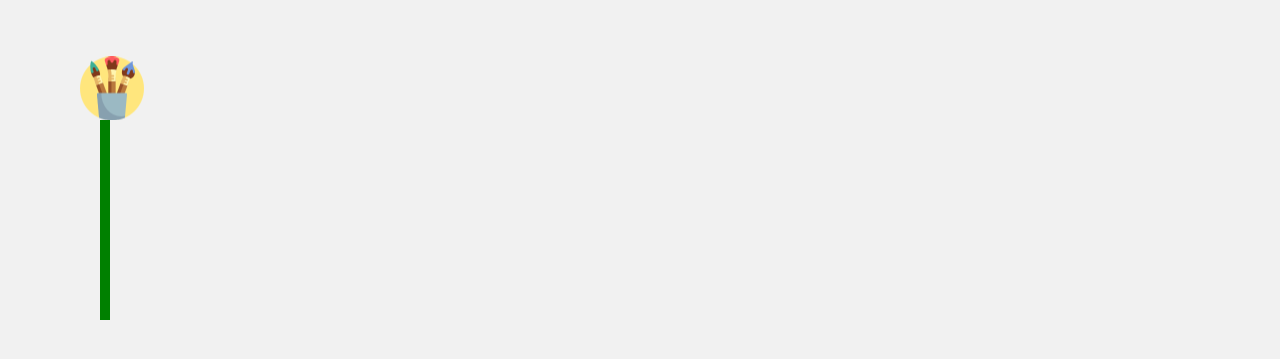
Repository: Littikrai/getF
Page: main.html
An editor plug-in stored every save of this project. The page is shown before and after the next save, followed by the edit.
The browser window is 1280 px wide. The pictures show the whole page.

Above is the page before, as saved 2019-03-13 01:42:39.

### main.html
<!DOCTYPE html>
<html>
<head>
    <meta charset="utf-8">
    <meta http-equiv="X-UA-Compatible" content="IE=edge">
    <title>Page Title</title>
    <meta name="viewport" content="width=device-width, initial-scale=1">
    <link rel="stylesheet" type="text/css" media="screen" href="main.css">
    <script src="main.js">

    </script>
</head>
<body onload="startGame()">
</body>
</html>

### main.css
button{
    display: block;
    margin:0 auto;
    justify-content: center;
}
html, body {
    width:  100%;
    height: 100%;
    margin: 0;
  }
  canvas {
    background-color: #f1f1f1;
    position:absolute;
    left:0px;
    top:0px;
}

### main.js
var myGamePiece;
var myObstacle;
var nisit;

var precentOfHeight = window.innerHeight;
var precentOfWidth = window.innerWidth;
function startGame() {
    nisit = new component(precentOfWidth*0.2, precentOfWidth*0.2, "red", 50, precentOfHeight)
    myGamePiece = new component((precentOfWidth*0.05), (precentOfWidth*0.05), "img/brush.png", 80, 0, "image");
    myObstacle  = new component(10, 200, "green", 100, 120);
    myGameArea.start();
}

var myGameArea = {
    canvas : document.createElement("canvas"),
    start : function() {
        this.canvas.width = window.innerWidth;
        this.canvas.height =  window.innerHeight;
        this.context = this.canvas.getContext("2d");
        document.body.insertBefore(this.canvas, document.body.childNodes[0]);
        this.interval = setInterval(updateGameArea, 20);
    },
    stop : function() {
        clearInterval(this.interval);
    },
    clear : function() {
        this.context.clearRect(0, 0, this.canvas.width, this.canvas.height);
    }
}

function component(width, height, color, x, y, type) {
    this.type = type;
    if (type == "image") {
        this.image = new Image();
        this.image.src = color;
    }
    this.width = width;
    this.height = height;
    this.x = x;
    this.y = y;
    this.speedX = 0;
    this.speedY = 0;
    this.gravity = 0.05;
    this.gravitySpeed = 0;
    this.update = function() {
        ctx = myGameArea.context;
        if (type == "image") {
            ctx.drawImage(this.image,
                this.x,
                this.y,
                this.width, this.height);
        } else {
            ctx.fillStyle = color;
            ctx.fillRect(this.x, this.y, this.width, this.height);
        }
    }
    this.crashWith = function(otherobj) {
        var myleft = this.x;
        var myright = this.x + (this.width);
        var mytop = this.y;
        var mybottom = this.y + (this.height);
        var otherleft = otherobj.x;
        var otherright = otherobj.x + (otherobj.width);
        var othertop = otherobj.y;
        var otherbottom = otherobj.y + (otherobj.height);
        var crash = true;
        if ((mybottom < othertop) || (mytop > otherbottom) || (myright < otherleft) || (myleft > otherright)) {
            crash = false;
        }
        return crash;
    }
    this.newPos = function() {
        this.gravitySpeed += this.gravity;
        this.x += this.speedX;
        this.y += this.speedY + this.gravitySpeed;
    }

}




function updateGameArea() {
    if (myGamePiece.crashWith(myObstacle)) {
        myGameArea.stop();
    } else {
        myGameArea.clear();
        nisit.update();
        myObstacle.update();
        myGamePiece.newPos();
        myGamePiece.update();

    }
        // myGameArea.clear();
        // myGamePiece.update();
        // myObstacle.update();
}

After the next save:
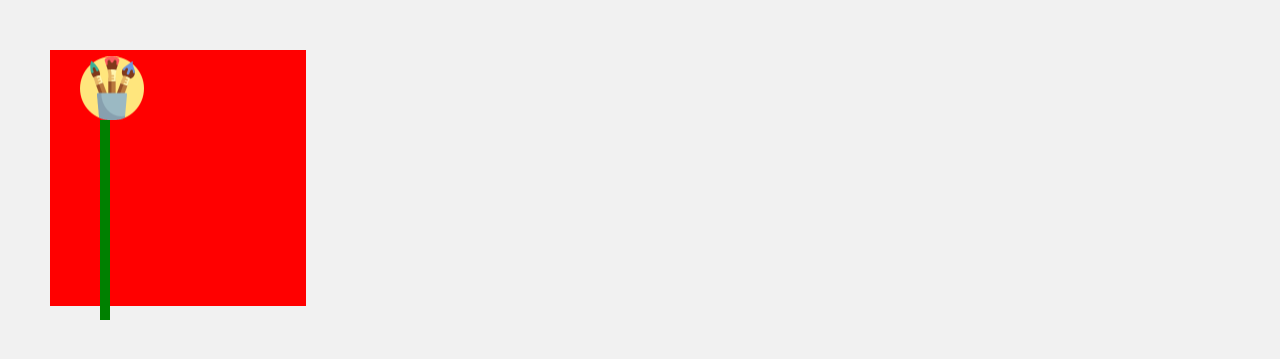
Saved 6 s later.
--- a/main.js
+++ b/main.js
@@ -5,7 +5,7 @@
 var precentOfHeight = window.innerHeight;
 var precentOfWidth = window.innerWidth;
 function startGame() {
-    nisit = new component(precentOfWidth*0.2, precentOfWidth*0.2, "red", 50, precentOfHeight)
+    nisit = new component(precentOfWidth*0.2, precentOfWidth*0.2, "red", 50, 50)
     myGamePiece = new component((precentOfWidth*0.05), (precentOfWidth*0.05), "img/brush.png", 80, 0, "image");
     myObstacle  = new component(10, 200, "green", 100, 120);
     myGameArea.start();
